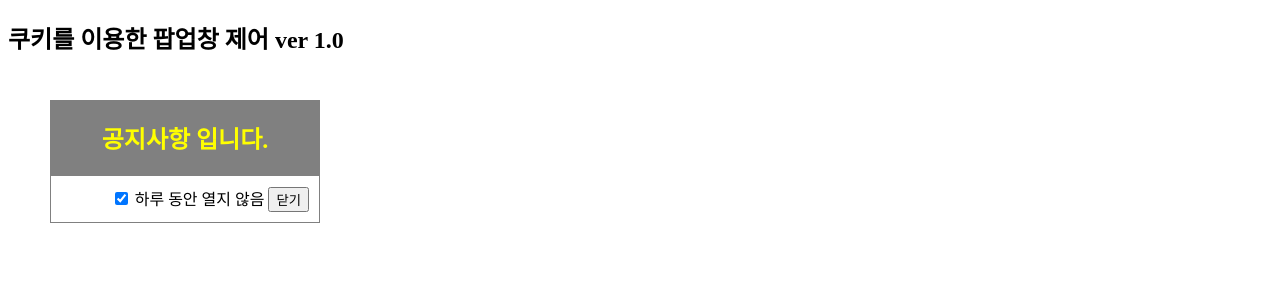
Repository: cheez0909/JSP
Page: http://localhost/1103/cookie/cookiePopupMain.jsp
These files come from the project's save history. The page is drawn as it stood at one moment and after the next save; the edit follows.
The browser window is 1280 px wide. The pictures show the whole page.
The page is served by Tomcat 9. Other server files are loaded and not shown.

Above is the page before, as saved 2023-11-03 07:21:10.

### 1103/src/main/webapp/cookie/cookiePopupMain.jsp
<%@page import="com.momo.utils.CookieManager"%>
<%@ page language="java" contentType="text/html; charset=UTF-8"
    pageEncoding="UTF-8"%>
<!DOCTYPE html>
<html>
<head>
<meta charset="UTF-8">
<title>Insert title here</title>
<style>
    div#popup {
        position: absolute; top:100px; left:50px; color:yellow;
        width:270px; height:100px; background-color:gray;
    }
    div#popup>div {
        position: relative; background-color:#ffffff; top:0px;
        border:1px solid gray; padding:10px; color:black;
    }
</style>
</head>
<body>

<h2>쿠키를 이용한 팝업창 제어 ver 1.0 </h2>
<%
	String value = CookieManager.getCookieValue(request, "popupClose");
%>
<script>
// window객체의 onload이벤트가 발생하면 html요소가 모두 생성된 상태에서 실행
//(if window.onload = function(){}실행 안했을 때 : 생성되지 않은 상태에서 실행하면 undefined상태가 됨)
// 페이지를 모두 그리고 설명

window.onload = function(){

	// 팝업클로스 쿠키의 값이 'Y'면
	// 팝업창을 숨김처리 한다.


	// 버튼에 이벤트 추가
	// 버튼의 id값
	closeBtn.onclick = function(){
		// alert('팝업창을 닫습니다.');

		// 체크박스가 체크되어 있으면 쿠키를 생성하는 페이지를 호출!
		// 체크박스가 선택되었습니다 메세지를 출력하세요.
		if(document.querySelector('#inactiveToday').checked){
			alert('하루동안 열리지 않습니다.');
			//location.href= "cookiePopupAction.jsp";

			// 서버 요청 방법
			// 1. href
			// 2. form submit
			// form의 요소들을 가지고 이동
			cookiePopup.submit();
		}
		popup.style.display='none';
	}

	//inactiveToday.onclick = function(){
	//	alert('체크박스가 선택되었습니다.');
	//}

}






</script>




<!--
	1. 닫기 버튼을 클릭하면 cookiePopupAction.jsp 파일을 호출
		- 쿠키를 생성

	2. 팝업닫힘쿠키가 생성이 되어 있다면, 더이상 팝업창을 보여주지 않도록 처리
 -->


<form action="cookiePopupAction.jsp" name="cookiePopup">
	<div id="popup">
		<h2 align="center">공지사항 입니다.</h2>
		<div align="right">

			<input type="checkbox" name = "inactiveToday" id="inactiveToday" value="Y" checked />
			하루 동안 열지 않음
			<input type="button" value="닫기" id="closeBtn" />

		</div>
	</div>
</form>

</body>
</html>

### 1103/src/main/java/com/momo/utils/CookieManager.java
package com.momo.utils;

import javax.servlet.http.Cookie;
import javax.servlet.http.HttpServletRequest;
import javax.servlet.http.HttpServletResponse;


public class CookieManager {

	public CookieManager() {
	}

	/**
	 * 	쿠키를 생성 후 응답 객체에 저장
	 *
	 *	응답객체에 저장 후 요청객체에 겟
	 *	쿠키 이름, 쿠키 값, 시간
	 *
	 *	사용자에게 응답하기 위해서
	 *	응답객체를 매개변수로 전달 받는다.
	 *
	**/

	public static void makeCookie(
		HttpServletResponse response
		, String name
		, String value
		, int time) {
		// 쿠키 생성
		Cookie cookies = new Cookie(name, value);

		// 유지기간 설정
		cookies.setMaxAge(time);

		// 응답객체에 저장
		response.addCookie(cookies);
		}



	/**
	 *
	 * 쿠키 값 가져오기
	 *
	 * 요청 객체
	 * 쿠키 아이디
	 * 쿠키 밸류
	 *
	 *
	 */



	public static String getCookieValue(HttpServletRequest request, String name) {

		Cookie[] cookies = request.getCookies();

		// 쿠키가 하나도 저장되어 있지 않은 경우 getCookies 메서드를 호출하면 null을 반환

		if(cookies!=null) {
			for(Cookie num : cookies) {
				if(num.getName().equals(name)) {
					return num.getValue();
				}
			}
		}
		return "";
	}

	/*
	 * 쿠키 삭제
	 * 똑같은 이름의 쿠키를 저장하고
	 * 시간을 0으로 준다
	 */

//	public static void deleteCookie(HttpServletResponse response, HttpServletRequest request, String name) {
//			Cookie[] cookies = request.getCookies();
//
//			if(cookies!=null) {
//				for(Cookie num : cookies) {
//					if(num.getName().equals(name)) {
//						num.setMaxAge(0);
//						response.addCookie(num);
//					}
//				}
//			}
//	}


	public static void deleteCookies(HttpServletResponse response, String name) {
		makeCookie(response, name, null, 0);
	}

}

After the next save:
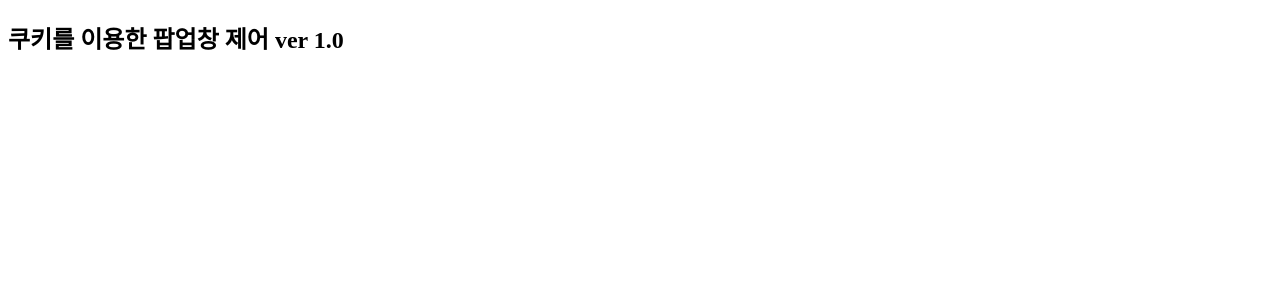
Console error: ReferenceError: alter is not defined
Saved 16 s later.
--- a/1103/src/main/webapp/cookie/cookiePopupMain.jsp
+++ b/1103/src/main/webapp/cookie/cookiePopupMain.jsp
@@ -54,6 +54,12 @@
 		popup.style.display='none';
 	}
 
+	const value = "<%=value%>";
+	if(value!=null){
+		popup.style.display='none';
+		alter('하이');
+	}
+
 	//inactiveToday.onclick = function(){
 	//	alert('체크박스가 선택되었습니다.');
 	//}

After the save that followed:
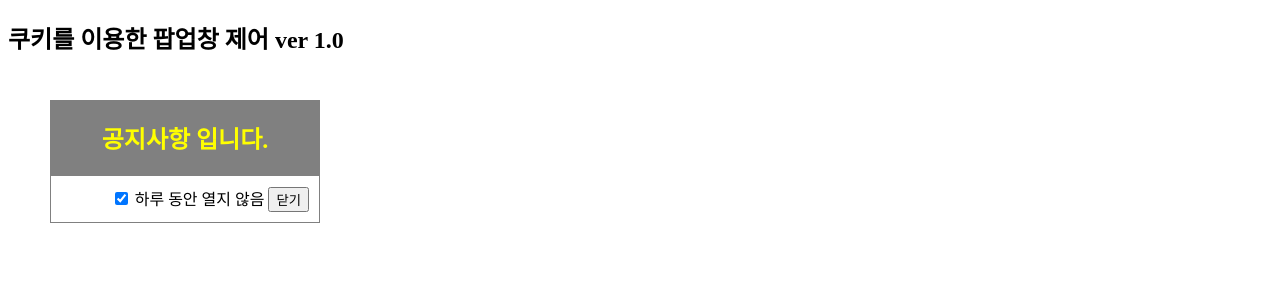
The error is gone.
Saved 60 s later.
--- a/1103/src/main/webapp/cookie/cookiePopupMain.jsp
+++ b/1103/src/main/webapp/cookie/cookiePopupMain.jsp
@@ -32,7 +32,11 @@
 
 	// 팝업클로스 쿠키의 값이 'Y'면
 	// 팝업창을 숨김처리 한다.
-
+	const value = "<%=value%>";
+	if(value=='Y'){
+		//popup.style.display='none';
+		alter('하이');
+	}
 
 	// 버튼에 이벤트 추가
 	// 버튼의 id값
@@ -54,11 +58,7 @@
 		popup.style.display='none';
 	}
 
-	const value = "<%=value%>";
-	if(value!=null){
-		popup.style.display='none';
-		alter('하이');
-	}
+
 
 	//inactiveToday.onclick = function(){
 	//	alert('체크박스가 선택되었습니다.');
